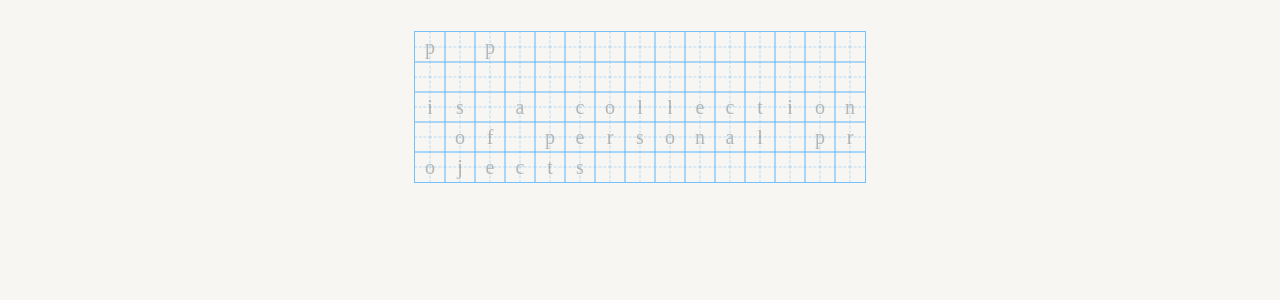
Repository: pyrcl090/p-p
Page: index.html
An editor plug-in stored every save of this project. The page is shown before and after the next save, followed by the edit.
The browser window is 1280 px wide. The pictures show the whole page.
The page's requests for data from a server got no answer. Some web fonts or font styles are not loaded; a fallback is used.

Above is the page before, as saved 2025-04-19 23:38:19.

After the next save:
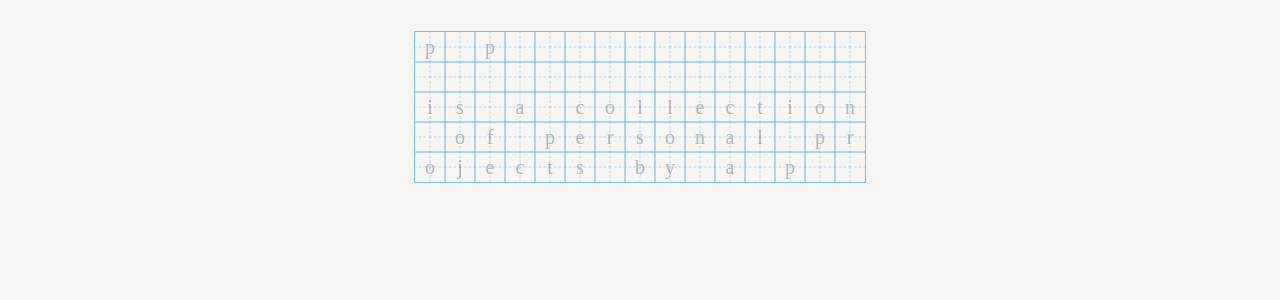
Saved 5 s later.
--- a/script.js
+++ b/script.js
@@ -7,7 +7,7 @@ const channels = [
 const menuItems = [
   {
     title: 'p p',
-    content: '                          is a collection of personal projects'
+    content: '                          is a collection of personal projects by a p '
   }
 ];
 
